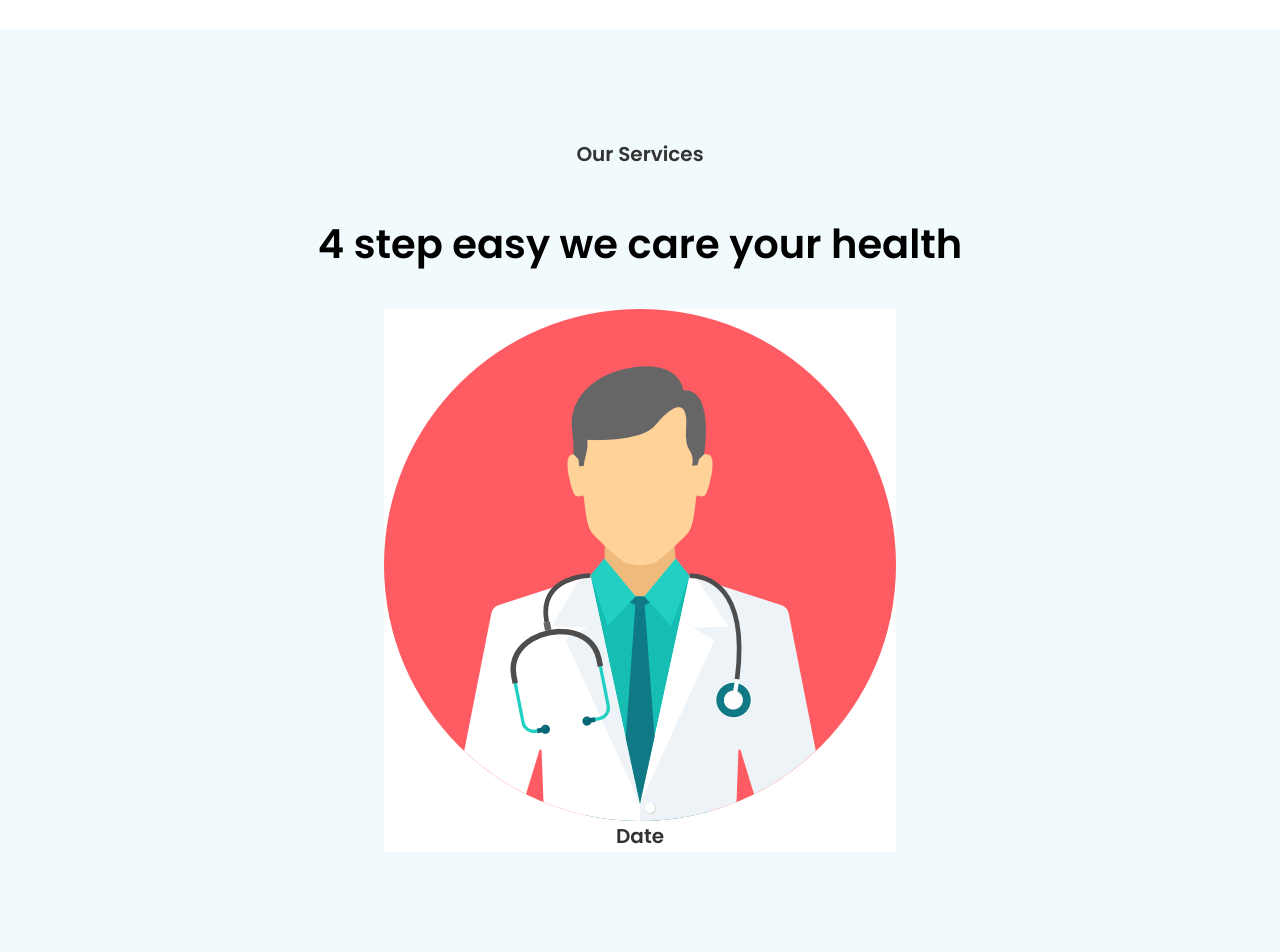
Repository: Chadi2000/hospital-app
Page: /
An editor plug-in stored every save of this project. The page is shown before and after the next save, followed by the edit.
The browser window is 1280 px wide. The pictures show the part of the page from y = 778 to 1730 px (the page is 1730 px tall before and 1329 px after).
The project was rebuilt for these pictures with package versions that can differ from the ones it lists, and the page was loaded fresh each time. Also part of the build but not shown: vite.config.js, src/App.css.

Above is the page before, as saved 2024-08-04 00:14:24.

### src/App.jsx
import './App.css'
import Header from './components/Header'
import Navbar from './components/Navbar'
import Services from './components/Services'

function App() {

  return (
    <div className='flex flex-col'>
      <Navbar />
      <Header />
      <Services />
    </div>
  )
}

export default App

### src/index.css
@import url('https://fonts.googleapis.com/css2?family=Poppins:ital,wght@0,100;0,200;0,300;0,400;0,500;0,600;0,700;0,800;0,900;1,100;1,200;1,300;1,400;1,500;1,600;1,700;1,800;1,900&display=swap');

@tailwind base;
@tailwind components;
@tailwind utilities;

body{
  font-family: "Poppins", sans-serif;;
}

### src/components/Header.jsx
import Doctor from '../assets/doctor1.png'

const Header = () => {
  return (
    <div className='flex px-[80px] mt-[50px] gap-[100px]'>

      <div className='flex flex-col justify-start gap-10 pt-[200px] w-1/2'>
        <h1 className='text-[56px] font-bold leading-[61px] text-title'>we care about your health</h1>
        <p className='text-[20px] font-medium leading-[31.2px] text-txt'>check now your healty with our profesional doctor, completed and modern fasilities services</p>
        <button style={{color:'white'}} className='w-[200px] h-[54px] rounded-[5px] bg-btn font-medium text-[18px]
        leading-[27px]'>
            Check Now
        </button>
      </div>


      <div className='relative flex justify-center bg-btn h-[577.1px] w-[577.1px] rounded-full'>

        <img src={Doctor} alt="doctor" className='absolute h-[691.55px] w-full rounded-full bottom-0' />

      </div>


    </div>
  )
}

export default Header

### src/components/Navbar.jsx

const Navbar = () => {
  return (
    <div className="flex justify-between py-[35px] px-[80px] ">

      <div className="flex text-[20px] font-bold leading-[30px] cursor-pointer">
        <div className="text-btn">Hos</div>
        <div className="text-black">pital.</div>
      </div>

        <ul className="flex gap-[35px] justify-between font-medium text-[18px] leading-[27px]">
            <li className="cursor-pointer">About</li>
            <li className="cursor-pointer">Home</li>
            <li className="cursor-pointer">Service</li>
        </ul>


      <div className="flex justify-center items-center w-[200px] h-[54px] text-btn border-btn border-[2px] cursor-pointer rounded-[5px]
      font-medium  text-[18px] leading-[27px]">
        Login
      </div>

    </div>
  )
}

export default Navbar

### src/components/Services.jsx
import ServicesCard from './ServicesCard'

const Services = () => {
  return (
    <div className='bg-services mt-14 flex flex-col gap-10 items-center py-[100px] '>

      <h6 className='text-title font-semibold text-[20px] leading-[50px]'>Our Services</h6>

      <h3 className='font-semibold text-[40px] leading-[50px]'>4 step easy we care your health</h3>

      <div><ServicesCard /> </div>

    </div>
  )
}

export default Services

### src/components/ServicesCard.jsx
import React from 'react'
import Doctor from '../assets/doctor.png'

const ServicesCard = () => {
  return (
    <div className='flex flex-col items-center relative bg-white' >
        <div>
            <img src={Doctor} alt="" />
        </div>

        <div className='text-title font-semibold text-[20px] leading-[31.2px] '>
            Date
        </div>

        <div></div>

    </div>
  )
}

export default ServicesCard

### tailwind.config.js
/** @type {import('tailwindcss').Config} */
export default {
  content: [
    "./index.html",
    "./src/**/*.{js,ts,jsx,tsx}",
  ],
  theme: {
    extend: {},
    textColor:{
      btn: '#0099FF',
      title:'#333333',
      txt:'#999999',
    },
    backgroundColor:{
      btn: '#0099FF',
      services:'rgba(215, 241, 246, 0.34)',
      white:'#FFFFFF'
    },
    fontFamily:{
      abc:["Poppins","sans-serif"]
    },
    borderColor:{
      btn: '#0099FF',
    }
  },
  plugins: [],
}

Loaded but not shown: index.html (common file); src/main.jsx (common file)

After the next save:
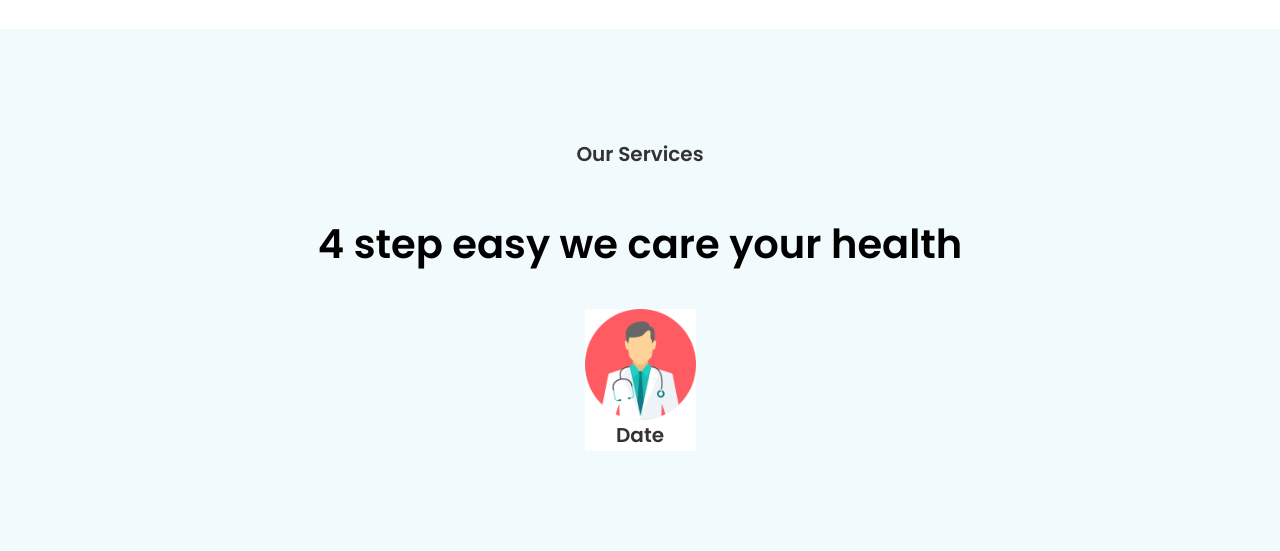
Saved 59 s later.
--- a/src/components/ServicesCard.jsx
+++ b/src/components/ServicesCard.jsx
@@ -4,8 +4,8 @@ import Doctor from '../assets/doctor.png'
 const ServicesCard = () => {
   return (
     <div className='flex flex-col items-center relative bg-white' >
-        <div>
-            <img src={Doctor} alt="" />
+        <div >
+            <img src={Doctor} alt="" className='h-[111px]'/>
         </div>
 
         <div className='text-title font-semibold text-[20px] leading-[31.2px] '>
